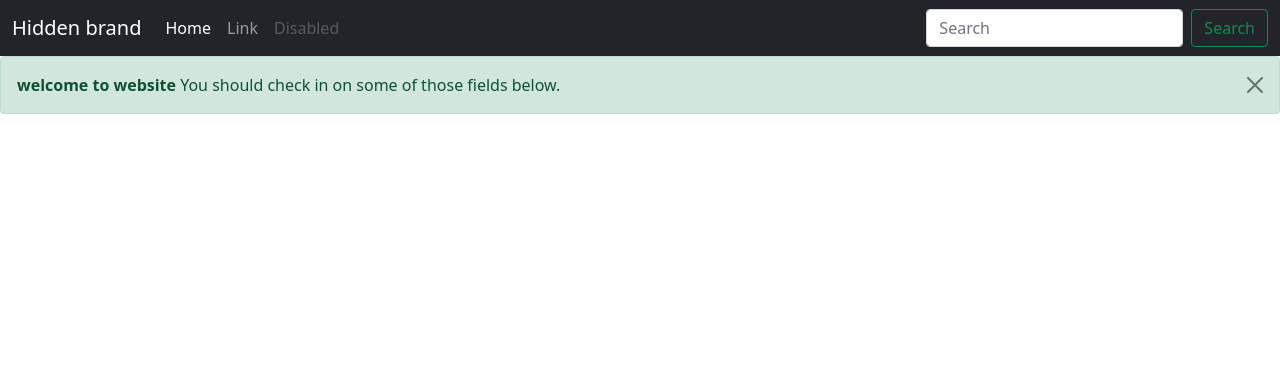
Repository: ritikalohia/Django-beginners-
Page: textutiles/templates/index.html
The author's editor kept a copy of each file at every save. The page is drawn from the files as they stood at one save, then again after a run of saves.
The browser window is 1280 px wide. The pictures show the whole page.

Above is the page before, as saved 2021-05-22 19:34:34.

After the next 9 saves:
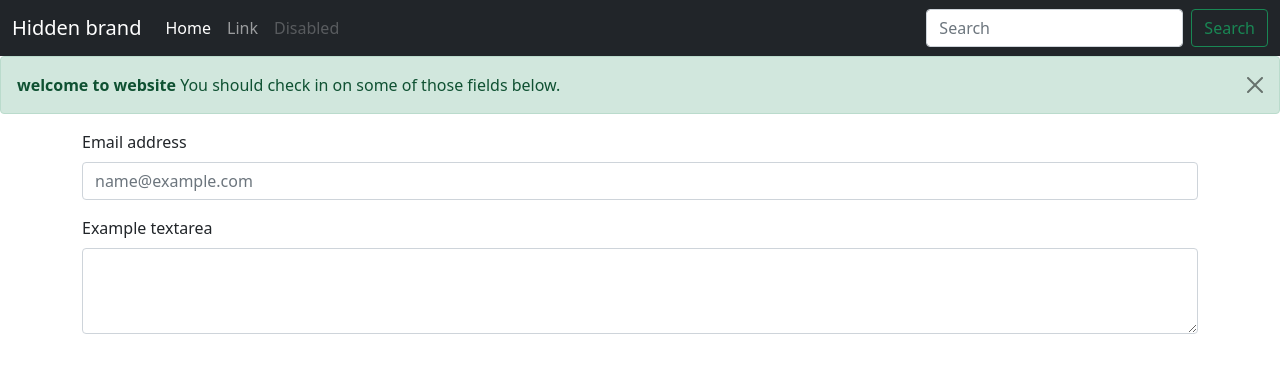
The 9 saves are shown as one change because they came seconds apart.
The last was saved 107 s later.
--- a/textutiles/templates/index.html
+++ b/textutiles/templates/index.html
@@ -43,7 +43,14 @@
     </div>
 
     <div class="container">
-
+        <div class="mb-3">
+        <label for="exampleFormControlInput1" class="form-label">Email address</label>
+        <input type="email" class="form-control" id="exampleFormControlInput1" placeholder="name@example.com">
+        </div>
+        <div class="mb-3">
+        <label for="exampleFormControlTextarea1" class="form-label">Example textarea</label>
+        <textarea class="form-control" id="exampleFormControlTextarea1" rows="3"></textarea>
+        </div>
     </div>
 
     <!-- Optional JavaScript; choose one of the two! -->
